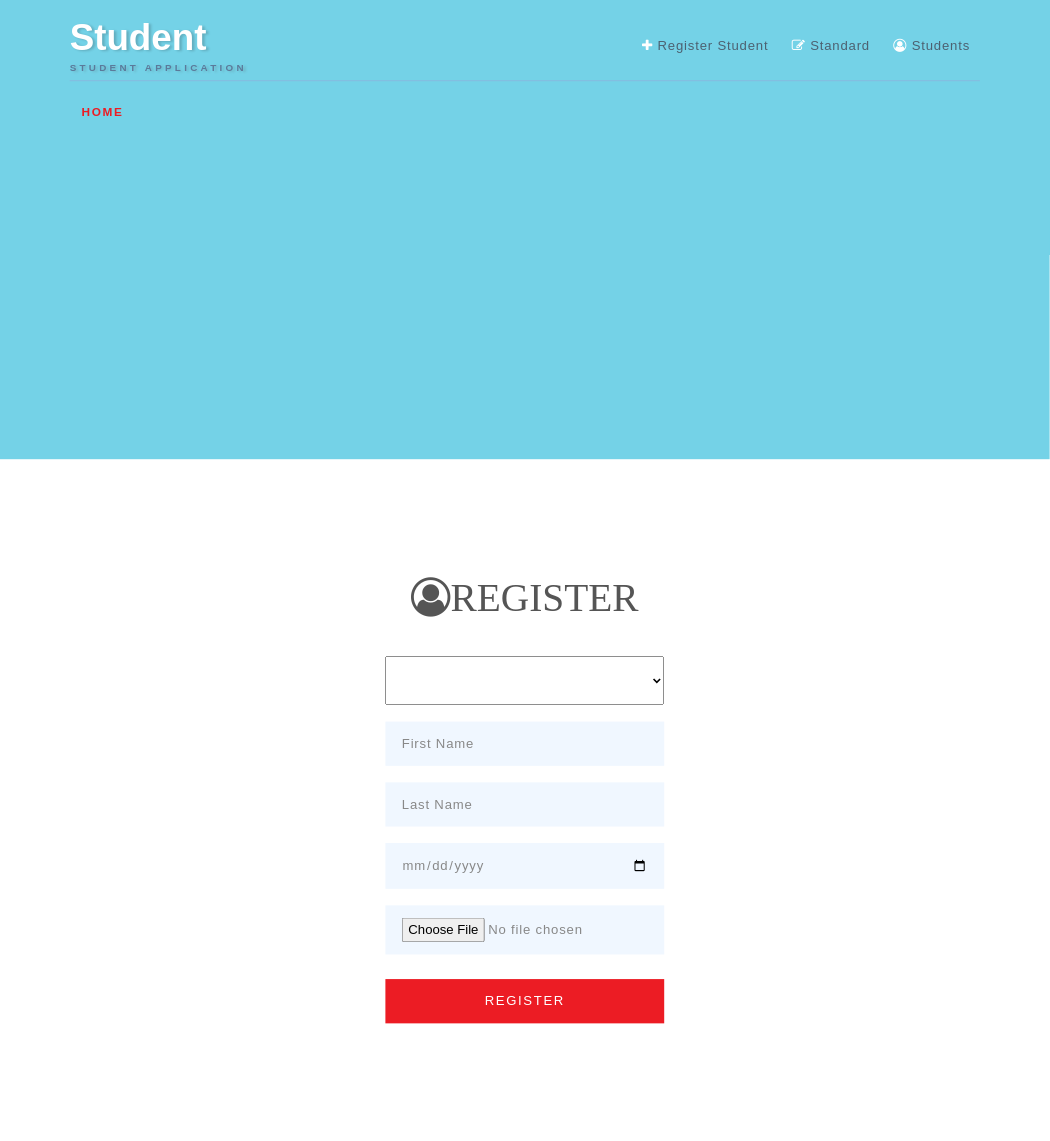
Repository: PallaviMadiya/Java-Framework-
Page: http://localhost/StudentApplication/addStandard.jsp
An editor plug-in stored every save of this project. The page is shown before and after the next save, followed by the edit.
The browser window is 1280 px wide. The pictures show the whole page, at 82% of full size.
Some web fonts or font styles are not loaded; a fallback is used. The page is served by Tomcat 9. Queries for data that is not in the repository find no rows.

Above is the page before, as saved 2023-10-18 08:35:59.

After the next save:
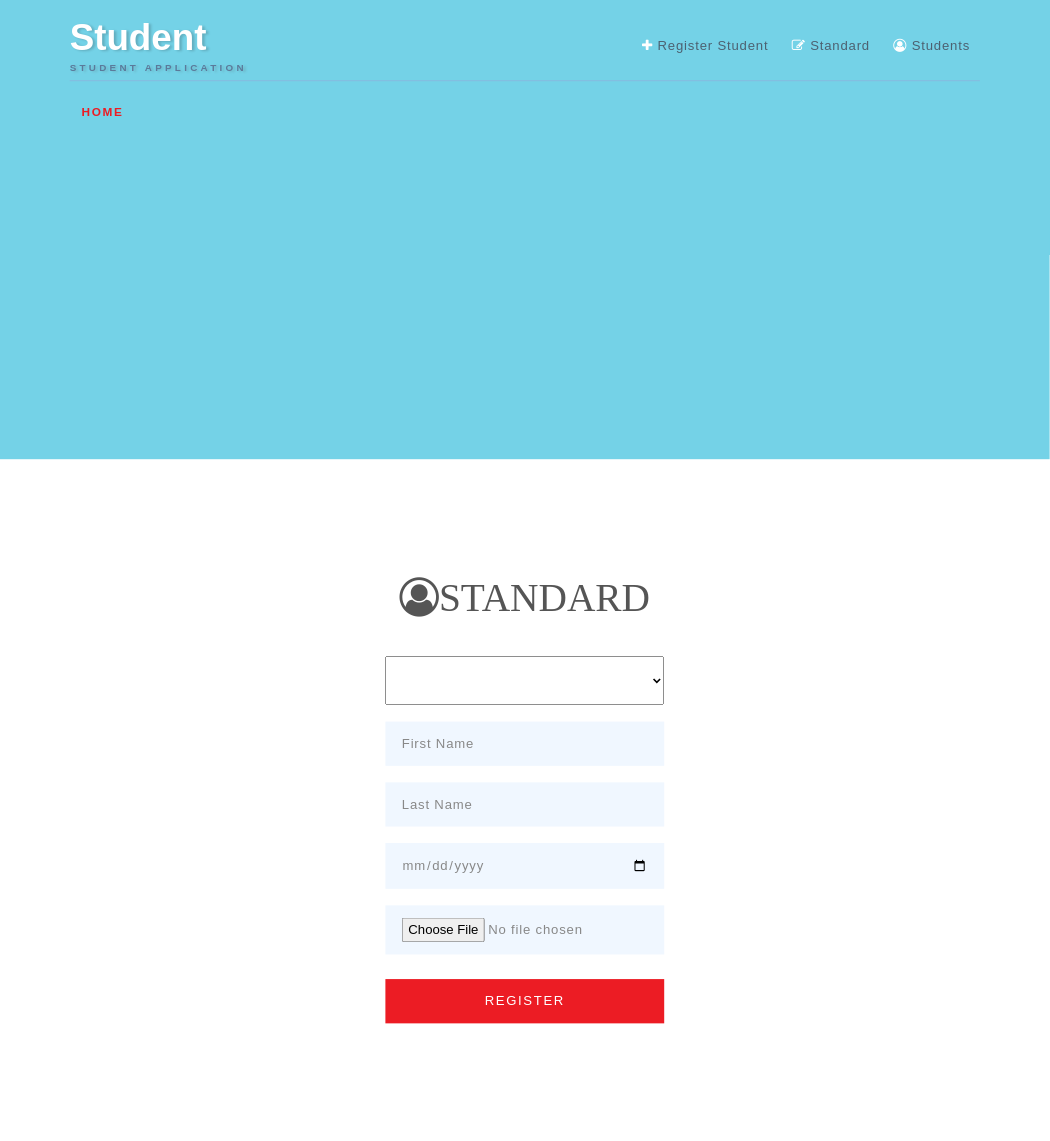
Saved 2 min 22 s later.
--- a/StudentApplication/src/main/webapp/addStandard.jsp
+++ b/StudentApplication/src/main/webapp/addStandard.jsp
@@ -18,7 +18,7 @@
         <div class="container">
             <div class="content-grid">
                 <div class="text-center icon">
-                    <span class="fa fa-user-circle-o">REGISTER</span>
+                    <span class="fa fa-user-circle-o">STANDARD</span>
                 </div>
                 <div class="content-bottom">
 
